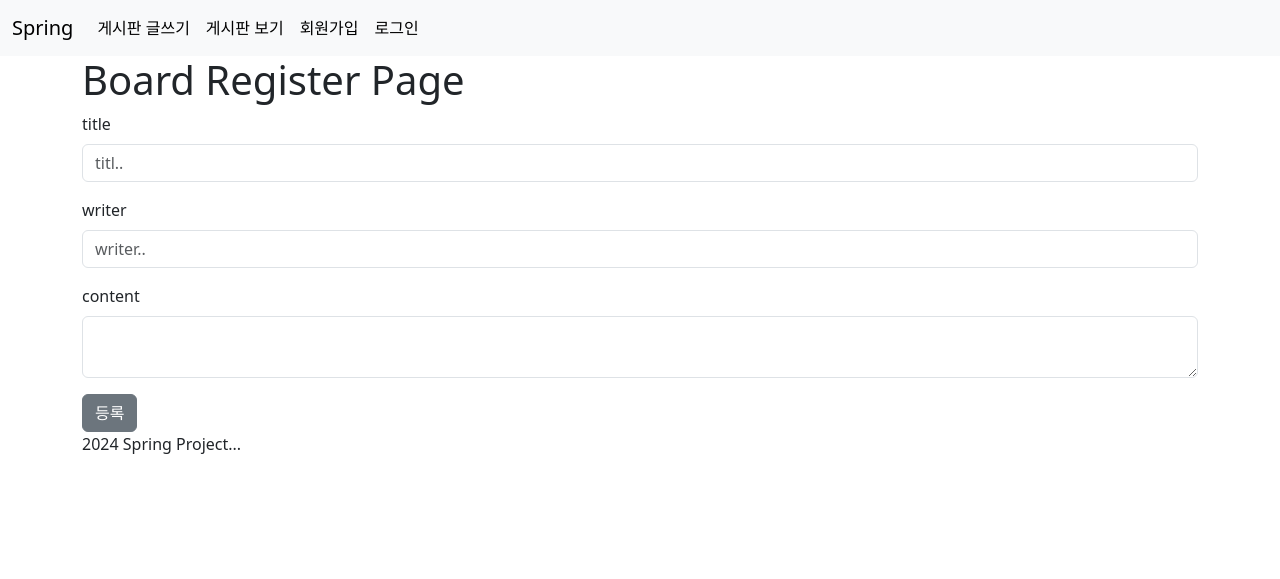
Repository: dlfhrrl12/springtest
Page: http://localhost/spring_study/WEB-INF/views/board/register.jsp
An editor plug-in stored every save of this project. The page is shown before and after the next save, followed by the edit.
The browser window is 1280 px wide. The pictures show the whole page.
The page is served by Tomcat 9. Nobody is signed in. The template is opened directly, without the code that normally fills it, so the values that code supplies are empty.

Above is the page before, as saved 2024-04-29 01:16:41.

After the next save:
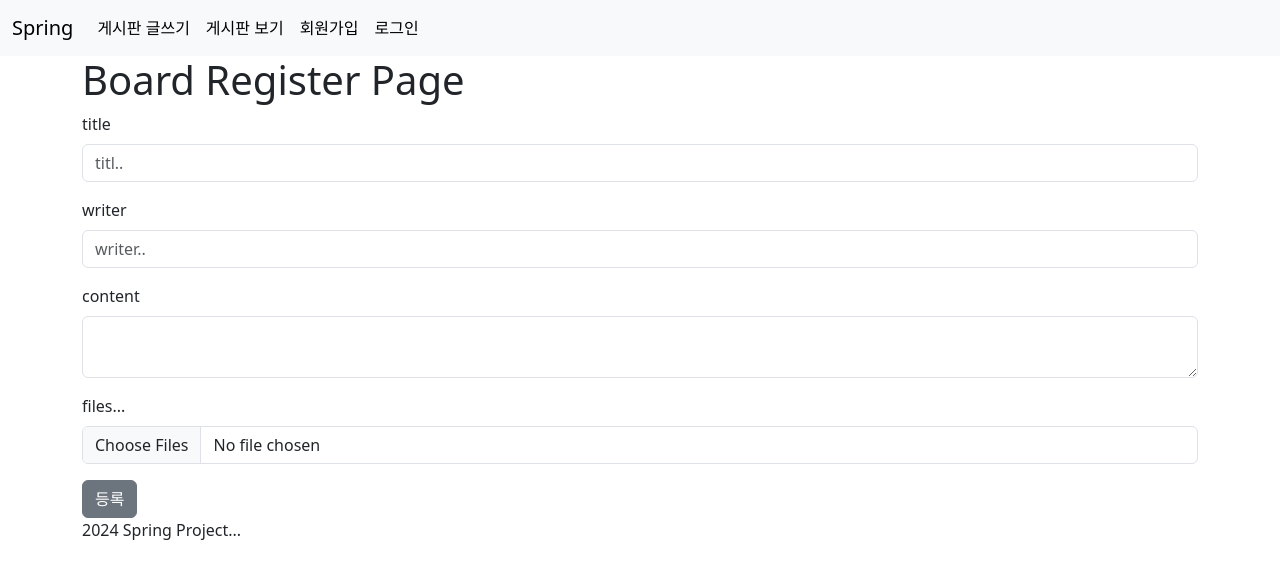
Saved 2 min 45 s later.
--- a/spring_study/src/main/webapp/WEB-INF/views/board/register.jsp
+++ b/spring_study/src/main/webapp/WEB-INF/views/board/register.jsp
@@ -16,6 +16,12 @@
 			  <label for="c" class="form-label">content</label>
 			  <textarea class="form-control" id="c" name="content" aria-label="With textarea"></textarea>
 			</div>
+
+			<!-- 파일 입력 라인 추가 -->
+			<div class="mb-3">
+		  		<label for="file" class="form-label">files...</label>
+		  		<input type="file" class="form-control" name="files" id="file" multiple="multiple">
+			</div>
 			<button type="submit" class="btn btn-secondary">등록</button>
 		</form>
 	</div>
